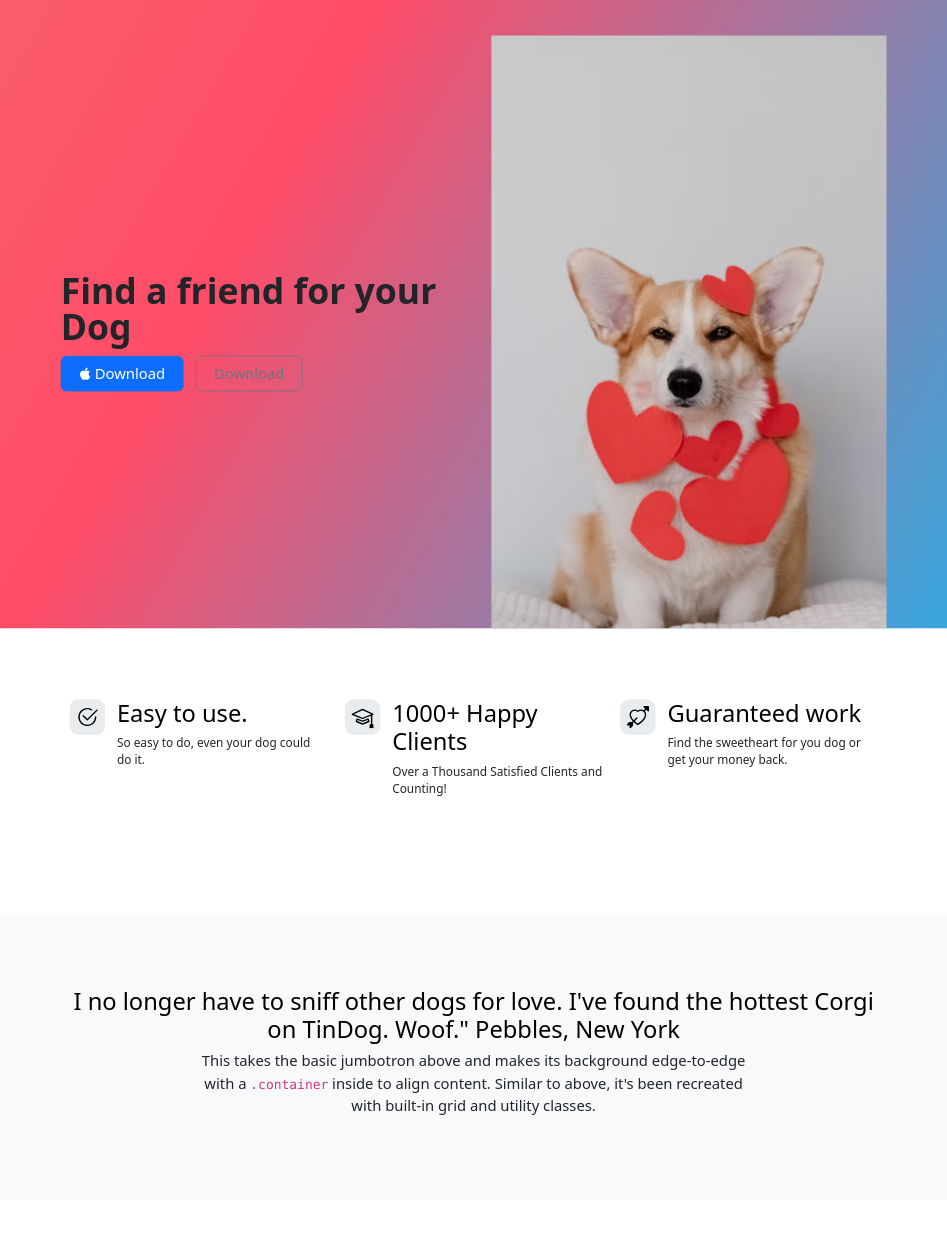
Repository: hisana-nazeer/11.3-TinDog-Project
Page: index.html
An editor plug-in stored every save of this project. The page is shown before and after the next save, followed by the edit.
The browser window is 1280 px wide. The pictures show the whole page, at 74% of full size.

Above is the page before, as saved 2023-11-18 01:14:22.

After the next save:
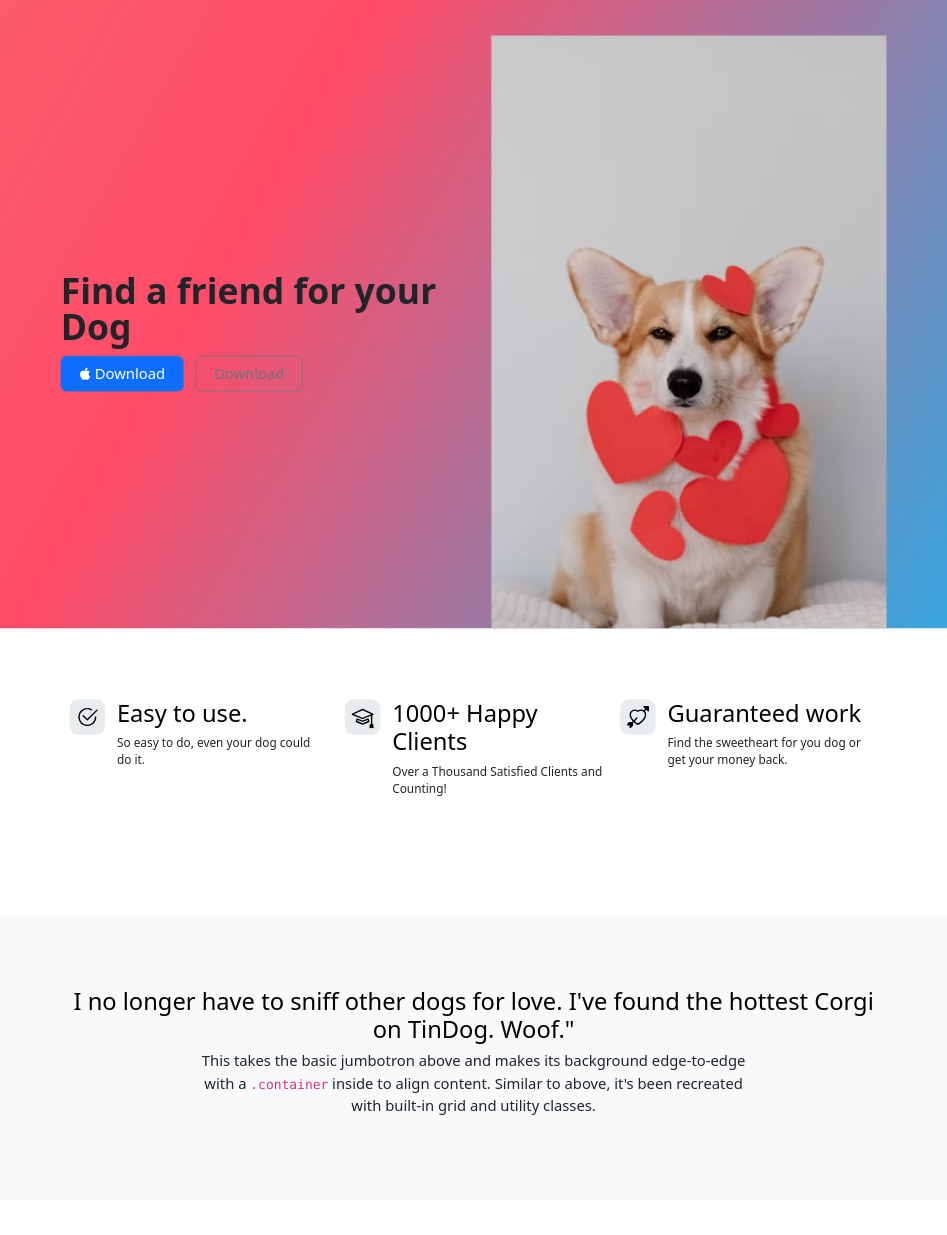
Saved 10 s later.
--- a/index.html
+++ b/index.html
@@ -100,7 +100,7 @@
       <div class="p-5 text-center bg-body-tertiary">
         <div class="container py-5">
           <h2 class="text-body-emphasis">I no longer have to sniff other dogs for love. I've found the hottest Corgi on TinDog. Woof."
-            Pebbles, New York</h2>
+            </h2>
           <p class="col-lg-8 mx-auto lead">
             This takes the basic jumbotron above and makes its background edge-to-edge with a <code>.container</code> inside to align content. Similar to above, it's been recreated with built-in grid and utility classes.
           </p>
